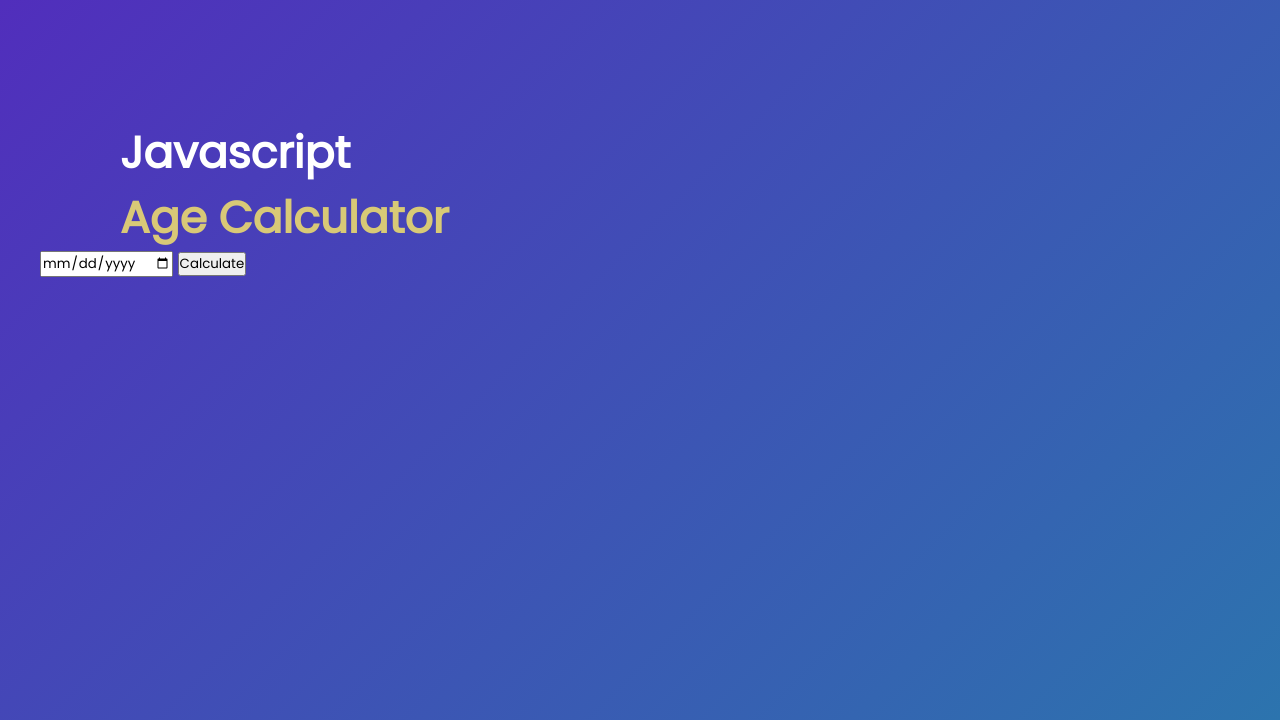
Repository: Ankitkr2021/Age-Calculator
Page: index.html
These files come from the project's save history. The page is drawn as it stood at one moment and after the next save; the edit follows.
The browser window is 1280 px wide. The pictures show the whole page.

Above is the page before, as saved 2025-10-05 10:25:18.

### index.html
<!DOCTYPE html>
<html lang="en">
<head>
    <meta charset="UTF-8">
    <meta name="viewport" content="width=device-width, initial-scale=1.0">
    <title>Age Calculator</title>
    <link rel="stylesheet" href="./style.css">
</head>
<body>
    <div class="main">
        <h1 class="js">Javascript</h1>
        <h1 class="age">Age Calculator</h1>
        <div class="box">
            <input type="date">
             <button>Calculate</button>
        </div>
    </div>
</body>
</html>

### style.css
@import url("https://fonts.googleapis.com/css2?family=Poppins&display=swap");

*{
    margin: 0;
    padding: 0;
    box-sizing: border-box;
    font-family: "Poppins",sans-serif;
}

body{
    height: 100vh;
    width: 100%;
    background: linear-gradient(135deg, rgb(81, 46, 188), rgb(44, 116, 174));
}

.main{
    /* background: #fff; */
    width: 550px;
    padding: 40px;
}

.js{
    padding-top: 80px;
    padding-left: 80px;
    color: #fff;
    font-size: 44px;
    font-weight: 800;
}

.age{
    /* padding-top: 80px; */
    padding-left: 80px;
    color: #ffed65ca;
    font-size: 44px;
    font-weight: 800;
}

After the next save:
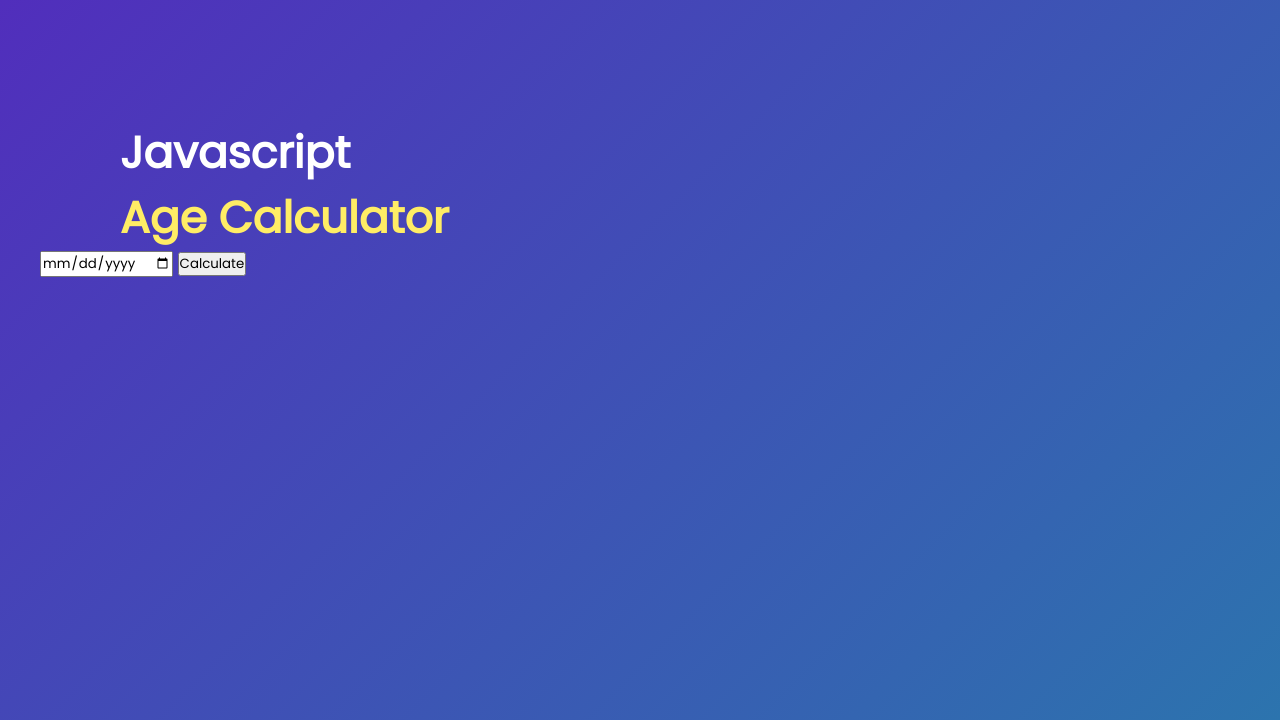
Saved 4 s later.
--- a/style.css
+++ b/style.css
@@ -30,7 +30,7 @@
 .age{
     /* padding-top: 80px; */
     padding-left: 80px;
-    color: #ffed65ca;
+    color: #ffed65;
     font-size: 44px;
     font-weight: 800;
 }
